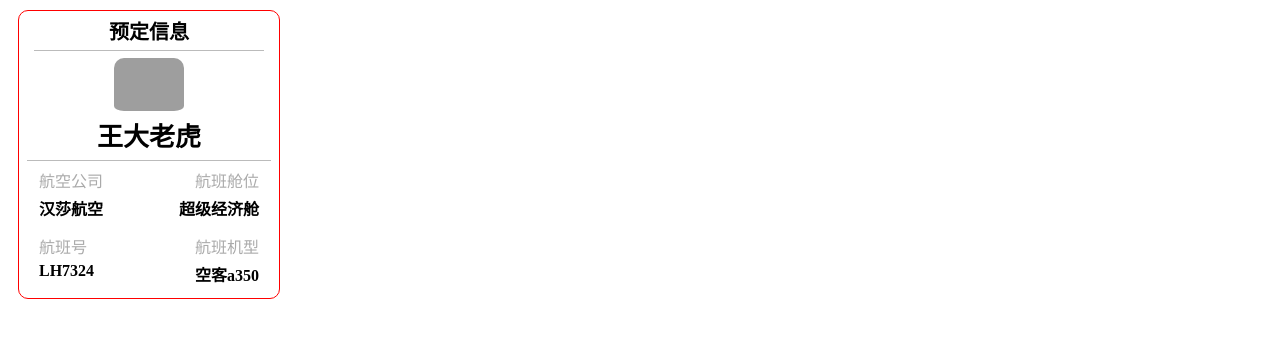
Repository: xzm1997/react-learning
Page: /
These files come from the project's save history. The page is drawn as it stood at one moment and after the next save; the edit follows.
The browser window is 1280 px wide. The pictures show the whole page.
Pictures or frames that could not be fetched are drawn as grey boxes. The project was rebuilt for these pictures with package versions that can differ from the ones it lists, and the page was loaded fresh each time.

Above is the page before, as saved 2023-01-31 11:10:57.

### src/index.js
import React from 'react';
import ReactDOM from 'react-dom/client';
import './index.css';

export function UserInfo(props) {
  return (
    <div className='userInfo'>
      <img
        src='https://img1.baidu.com/it/u=1964469406,3571897169&fm=253&fmt=auto&app=138&f=JPEG?w=500&h=500'
        alt='ava'
        className='ava'
      ></img>
      <div className='userName'>{props.userName}</div>
    </div>
  )
}

export function InfoShow(props) {
  return (
    <div className='infoShow'>
      <div className='bookTitle'>{props.title}</div>
      <div className='bookContent'>{props.content}</div>
    </div>
  )
}

export function BookInfo(props) {
  return (
    <div className='contentDisplay'>
      <div className='totalTitle'>预定信息</div>
      <UserInfo userName={props.userName} />
      <div className='infoDisplay'>
        <div className='infoItem leftSide'>
          <InfoShow title='航空公司' content={props.ticketInfo.airline}/>
          <InfoShow title='航班号' content={props.ticketInfo.flightNum}/>
        </div>
        <div className='infoItem rightSide'>
          <InfoShow title='航班舱位' content={props.ticketInfo.level}/>
          <InfoShow title='航班机型' content={props.ticketInfo.plane}/>
        </div>
      </div>
    </div>
    )
}

export function Root() {
  const userName = '王大老虎';
  const ticketInfo = {
    airline : '汉莎航空',
    flightNum : 'LH7324',
    level : '超级经济舱',
    plane : '空客a350'
  }
  return (
    <div>
      <BookInfo
        userName={userName}
        ticketInfo={ticketInfo}
      />
    </div>
  )
}

// ========================================

const root = ReactDOM.createRoot(document.getElementById("root"));
root.render(<Root />);

### src/index.css
.contentDisplay {
  width: 250px;
  border: solid 1px red;
  border-radius: 10px;
  padding:5px;
  margin: 10px;
  display: flex;
  flex-direction: column;
  align-items: center;
}

.userInfo {
  display: flex;
  flex-direction: column;
  align-items: center;
  width: 230px;
  padding: 7px;
  border-bottom: solid 1px #bbb;
}

.ava {
  width: 70px;
  border-radius: 10px;
  padding-bottom: 5px;
}

.userName {
  font-weight: 700;
  font-size: 26px;
}

.bookTitle {
  color: #aaa;
}

.totalTitle {
  font-size: 20px;
  font-weight: 700;
  text-align: center;
  width: 230px;
  padding-bottom: 5px;
  border-bottom: solid 1px #bbb;
}

.bookContent {
  font-weight: 700;
}

.infoShow {
  padding: 5px 0;
}

.bookTitle {
  padding: 2px 0;
}

.bookContent {
  padding: 2px 0;
}

.infoDisplay {
  display: flex;
}

.infoItem {
  width: 110px;
}

.rightSide {
  text-align: right;
}

Loaded but not shown: public/index.html (common file)

After the next save:
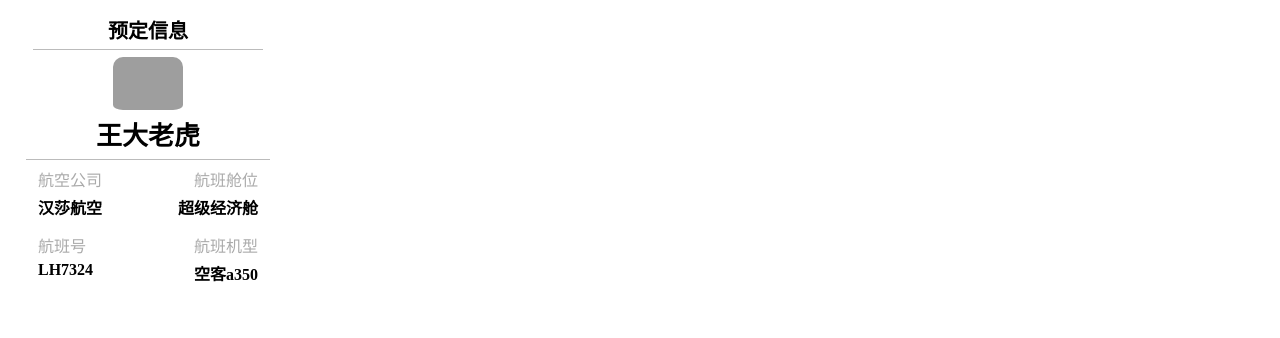
Saved 15 s later.
--- a/src/index.css
+++ b/src/index.css
@@ -1,6 +1,6 @@
 .contentDisplay {
   width: 250px;
-  border: solid 1px red;
+  border: solid 1px fff;
   border-radius: 10px;
   padding:5px;
   margin: 10px;
